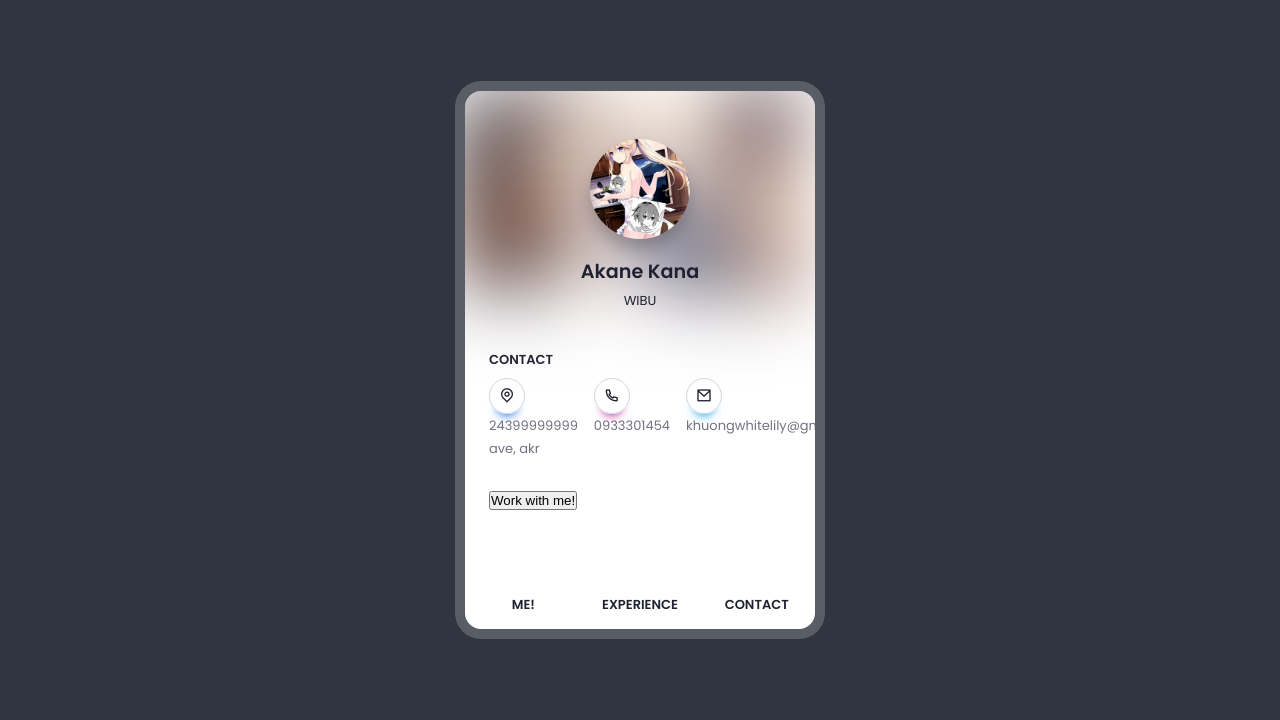
Repository: AkaneKana/AkaneKana
Page: index.html
These files come from the project's save history. The page is drawn as it stood at one moment and after a run of saves; the edit follows.
The browser window is 1280 px wide. The pictures show the whole page.
Some web libraries are served in a nearby version.

Above is the page before, as saved 2023-05-19 17:08:52.

After the next 3 saves:
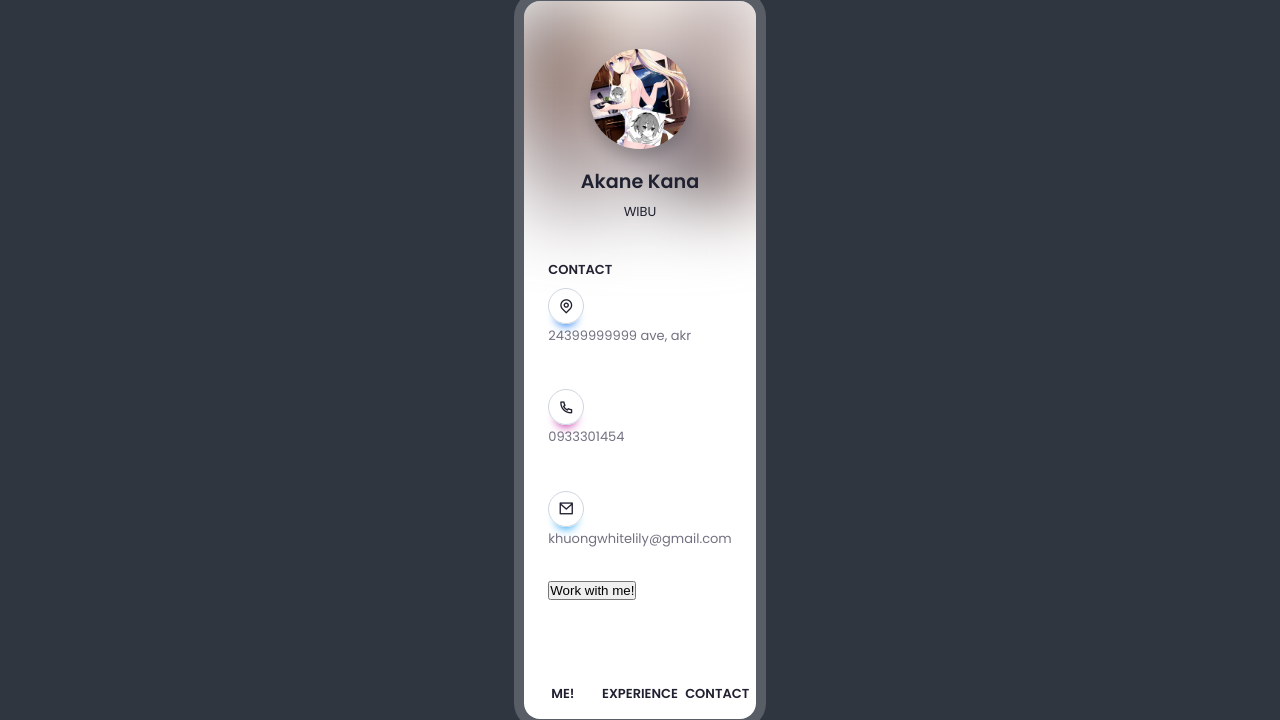
The 3 saves are shown as one change because they came seconds apart.
The last was saved 10 s later.
--- a/style.css
+++ b/style.css
@@ -326,5 +326,6 @@ section > div.active {
 
 /*contact*/
 .card .contact ul {
-
-}
+  flex-direction: column;
+  margin: ;
+}
